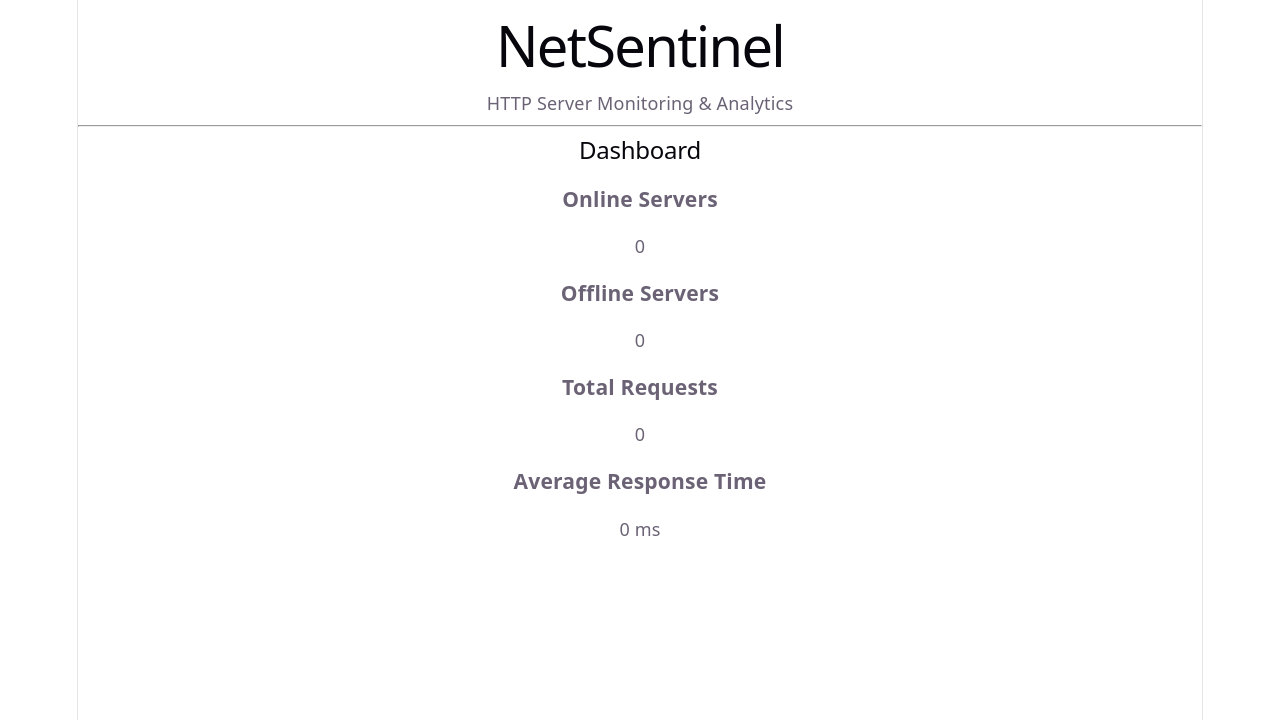
Repository: Aartigarg446/NetSentinel
Page: /
These files come from the project's save history. The page is drawn as it stood at one moment and after the next save; the edit follows.
The browser window is 1280 px wide. The pictures show the whole page.
The project was rebuilt for these pictures with package versions that can differ from the ones it lists, and the page was loaded fresh each time. Also part of the build but not shown: vite.config.js, src/App.css.

Above is the page before, as saved 2026-09-20 11:55:44.

### index.html
<!doctype html>
<html lang="en">
  <head>
    <meta charset="UTF-8" />
    <link rel="icon" type="image/svg+xml" href="/favicon.svg" />
    <meta name="viewport" content="width=device-width, initial-scale=1.0" />
    <title>netsentinel</title>
  </head>
  <body>
    <div id="root"></div>
    <script type="module" src="/src/main.jsx"></script>
  </body>
</html>

### src/index.css
:root {
  --text: #6b6375;
  --text-h: #08060d;
  --bg: #fff;
  --border: #e5e4e7;
  --code-bg: #f4f3ec;
  --accent: #aa3bff;
  --accent-bg: rgba(170, 59, 255, 0.1);
  --accent-border: rgba(170, 59, 255, 0.5);
  --social-bg: rgba(244, 243, 236, 0.5);
  --shadow:
    rgba(0, 0, 0, 0.1) 0 10px 15px -3px, rgba(0, 0, 0, 0.05) 0 4px 6px -2px;

  --sans: system-ui, 'Segoe UI', Roboto, sans-serif;
  --heading: system-ui, 'Segoe UI', Roboto, sans-serif;
  --mono: ui-monospace, Consolas, monospace;

  font: 18px/145% var(--sans);
  letter-spacing: 0.18px;
  color-scheme: light dark;
  color: var(--text);
  background: var(--bg);
  font-synthesis: none;
  text-rendering: optimizeLegibility;
  -webkit-font-smoothing: antialiased;
  -moz-osx-font-smoothing: grayscale;

  @media (max-width: 1024px) {
    font-size: 16px;
  }
}

@media (prefers-color-scheme: dark) {
  :root {
    --text: #9ca3af;
    --text-h: #f3f4f6;
    --bg: #16171d;
    --border: #2e303a;
    --code-bg: #1f2028;
    --accent: #c084fc;
    --accent-bg: rgba(192, 132, 252, 0.15);
    --accent-border: rgba(192, 132, 252, 0.5);
    --social-bg: rgba(47, 48, 58, 0.5);
    --shadow:
      rgba(0, 0, 0, 0.4) 0 10px 15px -3px, rgba(0, 0, 0, 0.25) 0 4px 6px -2px;
  }

  #social .button-icon {
    filter: invert(1) brightness(2);
  }
}

body {
  margin: 0;
}

#root {
  width: 1126px;
  max-width: 100%;
  margin: 0 auto;
  text-align: center;
  border-inline: 1px solid var(--border);
  min-height: 100svh;
  display: flex;
  flex-direction: column;
  box-sizing: border-box;
}

h1,
h2 {
  font-family: var(--heading);
  font-weight: 500;
  color: var(--text-h);
}

h1 {
  font-size: 56px;
  letter-spacing: -1.68px;
  margin: 32px 0;
  @media (max-width: 1024px) {
    font-size: 36px;
    margin: 20px 0;
  }
}
h2 {
  font-size: 24px;
  line-height: 118%;
  letter-spacing: -0.24px;
  margin: 0 0 8px;
  @media (max-width: 1024px) {
    font-size: 20px;
  }
}
p {
  margin: 0;
}

code,
.counter {
  font-family: var(--mono);
  display: inline-flex;
  border-radius: 4px;
  color: var(--text-h);
}

code {
  font-size: 15px;
  line-height: 135%;
  padding: 4px 8px;
  background: var(--code-bg);
}

### src/App.jsx
function App() {
  return (
    <div>
      <h1>NetSentinel</h1>
      <p>HTTP Server Monitoring & Analytics</p>

      <hr />

      <h2>Dashboard</h2>

      <div>
        <h3>Online Servers</h3>
        <p>0</p>
      </div>

      <div>
        <h3>Offline Servers</h3>
        <p>0</p>
      </div>

      <div>
        <h3>Total Requests</h3>
        <p>0</p>
      </div>

      <div>
        <h3>Average Response Time</h3>
        <p>0 ms</p>
      </div>
    </div>
  );
}

export default App;

Loaded but not shown: src/main.jsx (common file)

After the next save:
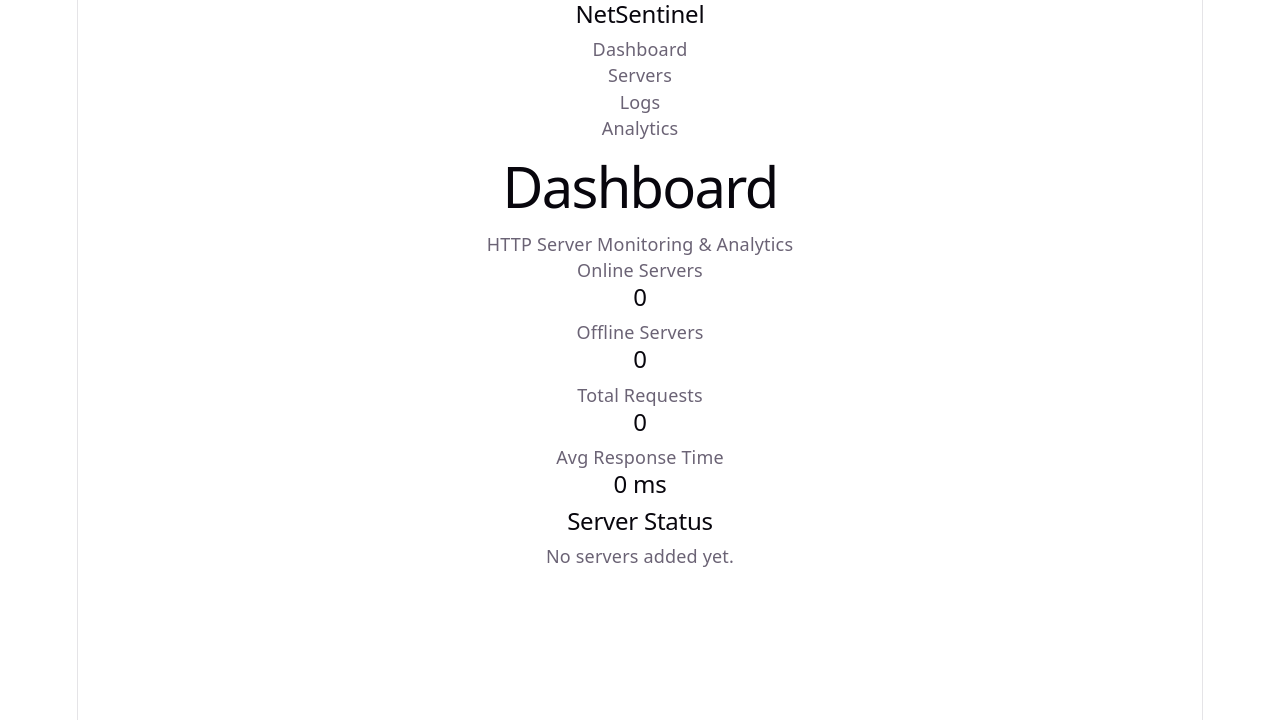
Saved 38 s later.
--- a/src/App.jsx
+++ b/src/App.jsx
@@ -1,32 +1,52 @@
+import "./App.css";
+
 function App() {
   return (
-    <div>
-      <h1>NetSentinel</h1>
-      <p>HTTP Server Monitoring & Analytics</p>
+    <div className="app">
+      <aside className="sidebar">
+        <h2>NetSentinel</h2>
 
-      <hr />
+        <nav>
+          <p className="active">Dashboard</p>
+          <p>Servers</p>
+          <p>Logs</p>
+          <p>Analytics</p>
+        </nav>
+      </aside>
 
-      <h2>Dashboard</h2>
+      <main className="main">
+        <header>
+          <h1>Dashboard</h1>
+          <p>HTTP Server Monitoring & Analytics</p>
+        </header>
 
-      <div>
-        <h3>Online Servers</h3>
-        <p>0</p>
-      </div>
+        <section className="cards">
+          <div className="card">
+            <span>Online Servers</span>
+            <h2>0</h2>
+          </div>
 
-      <div>
-        <h3>Offline Servers</h3>
-        <p>0</p>
-      </div>
+          <div className="card">
+            <span>Offline Servers</span>
+            <h2>0</h2>
+          </div>
 
-      <div>
-        <h3>Total Requests</h3>
-        <p>0</p>
-      </div>
+          <div className="card">
+            <span>Total Requests</span>
+            <h2>0</h2>
+          </div>
 
-      <div>
-        <h3>Average Response Time</h3>
-        <p>0 ms</p>
-      </div>
+          <div className="card">
+            <span>Avg Response Time</span>
+            <h2>0 ms</h2>
+          </div>
+        </section>
+
+        <section className="panel">
+          <h2>Server Status</h2>
+          <p>No servers added yet.</p>
+        </section>
+      </main>
     </div>
   );
 }
